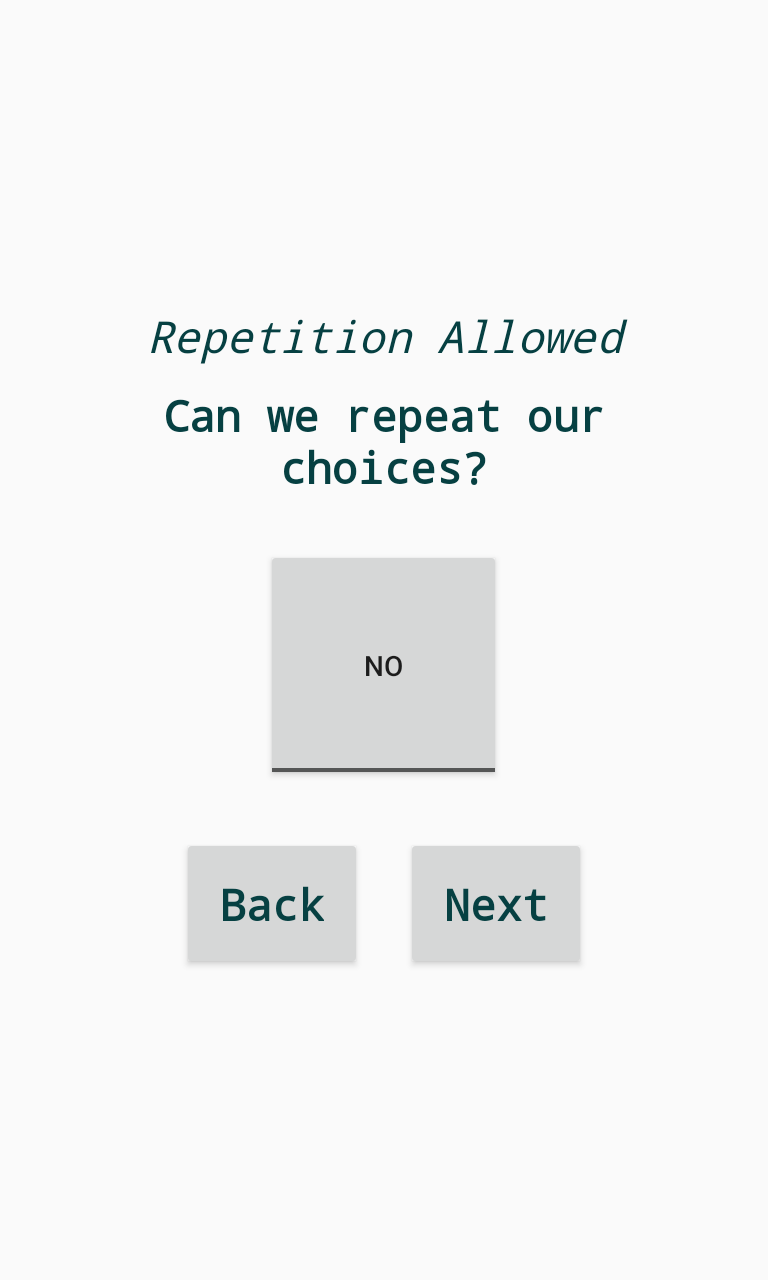
Repository: rontejada1991/Combinations-and-Permutations-Android-App
Layout: combinations/res/layout/activity_repeat.xml
These files come from the project's save history. The layout is drawn as it stood at one moment and after the next save; the edit follows.
It is drawn on a 768 x 1280 px phone screen (xhdpi) without system bars, with theme AppTheme; the app's code is not run.

Above is the layout before, as saved 2014-11-07 21:11:56.

After the next save:
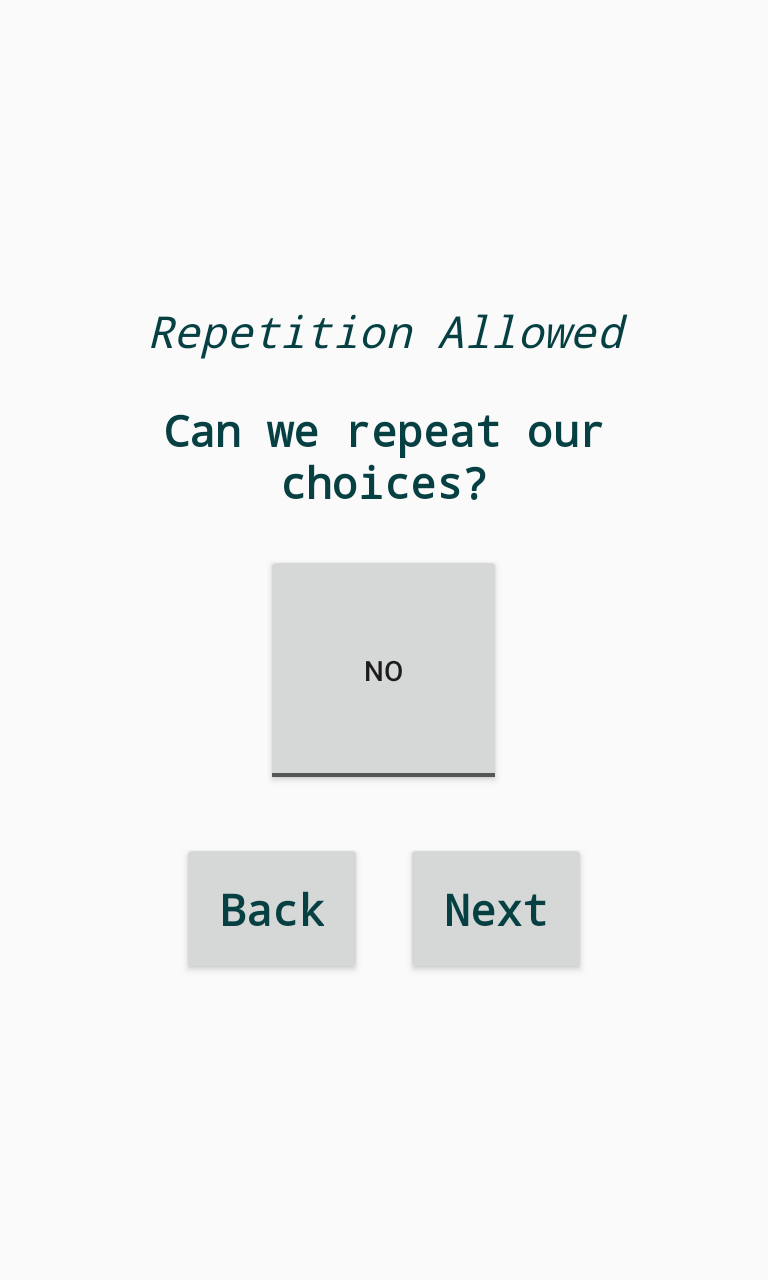
Saved 2 min 45 s later.
--- a/combinations/res/layout/activity_repeat.xml
+++ b/combinations/res/layout/activity_repeat.xml
@@ -12,14 +12,14 @@
         style="@style/CodeFont.Italic"
         android:layout_width="fill_parent"
         android:text="Repetition Allowed"
-        android:layout_marginBottom="10dp" />
+        android:layout_marginBottom="20dp" />
 
 	<TextView
-	            android:id="@+id/tv_sub"
+	    android:id="@+id/tv_sub"
         style="@style/CodeFont"
         android:layout_width="fill_parent"
         android:text="Can we repeat our choices?"
-        android:layout_marginBottom="25dp" />
+        android:layout_marginBottom="20dp" />
 
 		<ToggleButton
 		    android:id="@+id/tb_repeat"
